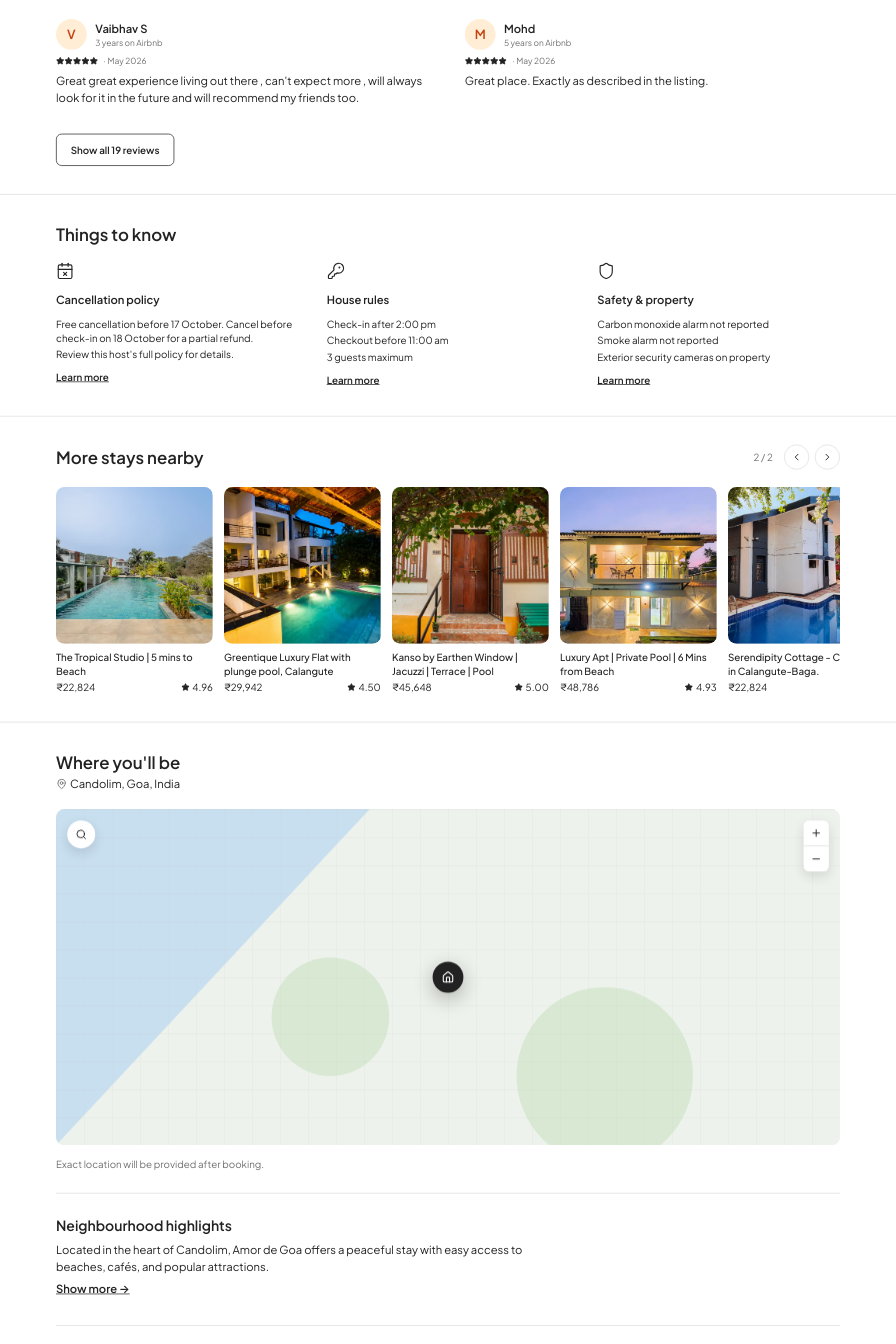
Repository: RushilGosain/airbnb-clone
Page: /
An editor plug-in stored every save of this project. The page is shown before and after a run of saves, followed by the edit.
The browser window is 1280 px wide. The pictures show the part of the page from y = 3760 to 5680 px (the page is 6299 px tall), at 70% of full size.
The project was rebuilt for these pictures with package versions that can differ from the ones it lists, and the page was loaded fresh each time. Also part of the build but not shown: vite.config.js, src/components/Lightbox.jsx, src/components/AmenitiesModal.jsx, src/components/PhotoTourPage.jsx.

Above is the page before, as saved 2026-09-19 13:30:23.

### index.html
<!doctype html>
<html lang="en">
  <head>
    <meta charset="UTF-8" />
    <link rel="icon" type="image/svg+xml" href="/house.svg" />
    <meta name="viewport" content="width=device-width, initial-scale=1.0" />
    <meta name="description" content="Romantic Jacuzzi 1BHK Candolim | Mirashya UG10 — Airbnb listing clone" />
    <link rel="preconnect" href="https://fonts.googleapis.com" />
    <link rel="preconnect" href="https://fonts.gstatic.com" crossorigin />
    <link
      href="https://fonts.googleapis.com/css2?family=Plus+Jakarta+Sans:wght@400;500;600;700;800&display=swap"
      rel="stylesheet"
    />
    <title>Romantic Jacuzzi 1BHK Candolim | Mirashya UG10 · Airbnb Clone</title>
  </head>
  <body>
    <div id="root"></div>
    <script type="module" src="/src/main.jsx"></script>
  </body>
</html>

### src/index.css
@tailwind base;
@tailwind components;
@tailwind utilities;

* {
  box-sizing: border-box;
}

html,
body {
  margin: 0;
  padding: 0;
}

body {
  font-family: "Plus Jakarta Sans", -apple-system, BlinkMacSystemFont, "Segoe UI", Roboto,
    "Helvetica Neue", sans-serif;
  color: #222222;
  -webkit-font-smoothing: antialiased;
  -moz-osx-font-smoothing: grayscale;
}

#root {
  min-height: 100vh;
}

/* Custom focus ring, kept visible for accessibility */
a:focus-visible,
button:focus-visible,
[tabindex]:focus-visible {
  outline: 2px solid #222222;
  outline-offset: 2px;
  border-radius: 6px;
}

::-webkit-scrollbar {
  width: 10px;
  height: 10px;
}
::-webkit-scrollbar-track {
  background: transparent;
}
::-webkit-scrollbar-thumb {
  background: rgba(0, 0, 0, 0.25);
  border-radius: 999px;
}

.no-scrollbar::-webkit-scrollbar {
  display: none;
}
.no-scrollbar {
  -ms-overflow-style: none;
  scrollbar-width: none;
}

@media (prefers-reduced-motion: reduce) {
  *,
  *::before,
  *::after {
    animation-duration: 0.01ms !important;
    animation-iteration-count: 1 !important;
    transition-duration: 0.01ms !important;
    scroll-behavior: auto !important;
  }
}

### src/App.jsx
import { useEffect } from "react";
import { BrowserRouter, Routes, Route, useLocation } from "react-router-dom";
import { LightboxProvider } from "./context/LightboxContext";
import Lightbox from "./components/Lightbox";
import ListingPage from "./pages/ListingPage";
import PhotoTourPage from "./components/PhotoTourPage";

function ScrollToTopOnNavigate() {
  // react-router keeps scroll position by default; reset it on route change
  // so the photo tour page and the listing page each open at the top.
  const { pathname } = useLocation();
  useEffect(() => {
    window.scrollTo(0, 0);
  }, [pathname]);
  return null;
}

export default function App() {
  return (
    <LightboxProvider>
      <BrowserRouter>
        <ScrollToTopOnNavigate />
        <Routes>
          <Route path="/" element={<ListingPage />} />
          <Route path="/photos" element={<PhotoTourPage />} />
        </Routes>
        <Lightbox />
      </BrowserRouter>
    </LightboxProvider>
  );
}

### src/context/LightboxContext.jsx
import { createContext, useCallback, useContext, useMemo, useState } from "react";

const LightboxContext = createContext(null);

export function LightboxProvider({ children }) {
  const [photos, setPhotos] = useState([]);
  const [index, setIndex] = useState(0);
  const [isOpen, setIsOpen] = useState(false);

  const open = useCallback((photoList, startIndex = 0) => {
    setPhotos(photoList);
    setIndex(startIndex);
    setIsOpen(true);
  }, []);

  const close = useCallback(() => setIsOpen(false), []);

  const next = useCallback(() => {
    setIndex((i) => (photos.length ? (i + 1) % photos.length : 0));
  }, [photos.length]);

  const prev = useCallback(() => {
    setIndex((i) => (photos.length ? (i - 1 + photos.length) % photos.length : 0));
  }, [photos.length]);

  const value = useMemo(
    () => ({ photos, index, isOpen, open, close, next, prev }),
    [photos, index, isOpen, open, close, next, prev]
  );

  return <LightboxContext.Provider value={value}>{children}</LightboxContext.Provider>;
}

export function useLightbox() {
  const ctx = useContext(LightboxContext);
  if (!ctx) throw new Error("useLightbox must be used within LightboxProvider");
  return ctx;
}

### src/pages/ListingPage.jsx
import TopNav from "../components/TopNav";
import StickyBar from "../components/StickyBar";
import Gallery from "../components/Gallery";
import PropertyHeader from "../components/PropertyHeader";
import AmenitiesSection from "../components/AmenitiesSection";
import BookingCard, { DateRangePicker } from "../components/BookingCard";
import ReviewsSection from "../components/ReviewsSection";
import ThingsToKnow from "../components/ThingsToKnow";
import NearbyStays from "../components/NearbyStays";
import LocationSection from "../components/LocationSection";

export default function ListingPage() {
  function scrollToBooking() {
    document.getElementById("booking-card")?.scrollIntoView({ behavior: "smooth", block: "center" });
  }

  return (
    <div className="min-h-screen bg-white">
      <TopNav />
      <StickyBar onReserve={scrollToBooking} />

      <Gallery />

      <div id="amenities" className="mx-auto max-w-content px-6 pt-8 lg:px-20">
        <div className="grid grid-cols-1 gap-10 lg:grid-cols-3">
          <div className="lg:col-span-2">
            <PropertyHeader />
            <AmenitiesSection />
          </div>
          <BookingCard id="booking-card" />
        </div>
      </div>

      <DateRangePicker />
      <ReviewsSection />
      <ThingsToKnow />
      <NearbyStays />
      <LocationSection />


    </div>
  );
}

### src/components/ThingsToKnow.jsx
import { Icon } from "./icons";
import { listing } from "../data/listing";

export default function ThingsToKnow() {
  return (
    <section className="mx-auto max-w-content border-t border-line px-6 py-10 lg:px-20">
      <h2 className="mb-6 text-2xl font-semibold">Things to know</h2>
      <div className="grid grid-cols-1 gap-10 sm:grid-cols-3">
        {listing.thingsToKnow.map((block) => (
          <div key={block.title}>
            <Icon name={block.icon} size={26} strokeWidth={1.5} className="mb-4" />
            <h3 className="mb-3 font-semibold">{block.title}</h3>
            <div className="space-y-1 text-sm text-ink">
              {block.lines.map((line, i) => (
                <p key={i}>{line}</p>
              ))}
            </div>
            <a href="#" className="mt-3 inline-block text-sm font-semibold underline">
              {block.linkLabel}
            </a>
          </div>
        ))}
      </div>
    </section>
  );
}

### src/data/listing.js
// All content below (copy, prices, review text, host details, amenities)
// is transcribed directly from screenshots of the reference site:
// https://airbnb-clone-umber-two.vercel.app/
//
// Photos are placeholder stock images (picsum.photos, seeded so they're
// stable across reloads) standing in for the real listing photography —
// swap the `img()` seeds below for real asset URLs before shipping.
import {
  Car,
  Waves,
  Dumbbell,
  PawPrint,
  SprayCan,
  CalendarDays,
  DoorOpen,
  Wifi,
  Tv,
  Bed,
  Shirt,
  Fan,
  Coffee,
  Utensils,
} from "lucide-react";
const img1 = (seed, w = 1200, h = 900) =>
  `https://picsum.photos/seed/${seed}/${w}/${h}`;

const img = (filename) => `/images/${filename}`;
export const photoCategories = [
  {
    id: "living-room-1",
    label: "Living room 1",
    tags: ["Sofa", "Air conditioning", "Ceiling fan", "TV"],
    cover: img("Living Room 1.png"),
    photos: [img("Living Room 1.png"), img("Living Room 1(2).png"), img("Living Room 1(3).png")],
  },
  {
    id: "living-room-2",
    label: "Living room 2",
    tags: ["Ceiling fan", "Hot tub"],
    cover: img("Living Room 2.png"),
    photos: [img("Living Room 2.png"), img("Living Room 2(2).png"), img("Living Room 2(3).png"), img("Living Room 2(4).png"),img("Living Room 2(5).png"),img("Living Room 2(6).png")],
  },
  {
    id: "full-kitchen",
    label: "Full kitchen",
    tags: [
      "Freezer",
      "Fridge",
      "Blender",
      "Cooker",
      "Cooking basics",
      "Kettle",
      "Microwave",
      "Toaster",
      "Wine glasses",
      "Coffee",
      "Crockery and cutlery",
    ],
    cover: img("Full Kitchen.png"),
    photos: [img("Full Kitchen.png"), img("Full Kitchen 2.png")],
  },
  {
    id: "bedroom",
    label: "Bedroom",
    tags: [
      "Double bed",
      "Air conditioning",
      "Bed linen",
      "Ceiling fan",
      "Clothes storage",
      "Cot",
      "Hangers",
      "Iron",
      "Room-darkening blinds",
      "Cleaning available during stay",
      "Cleaning products",
      "Long-term stays allowed",
      "Private entrance",
      "Wifi",
    ],
    cover: img("Bedroom.png"),
    photos: [img("Bedroom.png"),img("Bedroom (1).png"), img("Bedroom (2).png"), img("Bedroom (3).png"), img("Bedroom (4).png"),img("Bedroom (5).png")],
  },
  {
    id: "full-bathroom",
    label: "Full bathroom",
    tags: ["Hairdryer", "Hot water", "Shampoo", "Shower gel"],
    cover: img("Full bathroom.png"),
    photos: [img("Full bathroom.png")],
  },
  {
    id: "gym",
    label: "Gym",
    tags: ["Air conditioning", "Gym", "Exercise equipment", "Ceiling fan"],
    cover: img("Gym.png"),
    photos: [img("Gym.png"), img("Gym (1).png"), img("Gym (2).png"), img("Gym (3).png"), img("Gym (4).png")],
  },
  {
    id: "exterior",
    label: "Exterior",
    tags: [],
    cover: img("Exterior.png"),
    photos: [img("Exterior.png"), img("Exterior(1).png"), img("Exterior(2).png"), img("Exterior(3).png"), img("Exterior(4).png")],
  },
  {
    id: "pool",
    label: "Pool",
    tags: ["Pool"],
    cover: img("Pool(1).png"),
    photos: [img("Pool.png"), img("Pool(1).png")],

  },
  {
    id: "additional-photos",
    label: "Additional photos",
    tags: [],
    cover: img("Additional photos.png"),
    photos: [img("Additional photos.png"), img("Additional photos(1).png"), img("Additional photos(2).png"),img("Additional photos(3).png")],
  },
];

// Flat ordered list of every photo, used by the lightbox for prev/next
export const allPhotos = photoCategories.flatMap((c) =>
  c.photos.map((src) => ({ src, category: c.label }))
);

export const heroImages = [
  photoCategories[0].photos[1], // Living room 1
  photoCategories[1].photos[0], // Living room 2
  photoCategories[2].photos[0], // Kitchen
  photoCategories[3].photos[0], // Bedroom
  photoCategories[7].photos[0], // Pool
];

export const listing = {
  title: "Romantic Jacuzzi 1BHK Candolim | Mirashya UG10",
  propertyType: "Entire serviced apartment in Candolim, India",
  guests: 5,
  bedrooms: 1,
  beds: 1,
  bathrooms: 1,
  rating: 4.95,
  reviewCount: 19,
  isGuestFavourite: true,
  location: {
    city: "Candolim, Goa, India",
    neighbourhood:
      "Located in the heart of Candolim, Amor de Goa offers a peaceful stay with easy access to beaches, cafés, and popular attractions.",
  },
  price: {
    amount: 28499,
    nights: 5,
    currency: "₹",
  },
  dates: {
    checkIn: "10/20/2026",
    checkOut: "10/25/2026",
    checkInLabel: "20 Oct 2026",
    checkOutLabel: "25 Oct 2026",
    freeCancellationBefore: "19 October",
  },
  guestsSelected: 5,
  highlights: [
    {
      icon: "waves",
      title: "Outdoor entertainment",
      description: "The pool and alfresco dining are great for summer trips.",
    },
    {
      icon: "fan",
      title: "Designed for staying cool",
      description: "Beat the heat with the A/C and ceiling fan.",
    },
    {
      icon: "door-open",
      title: "Self check-in",
      description: "You can check in with the building staff.",
    },
  ],
  description:
    "🌴 Plan Your Relaxing Holiday at Amor De Goa by Mirashya Homes! ✨ Stay in this cozy 1BHK in the heart of Candolim, featuring a private jacuzzi 🛁 for the perfect unwind. Enjoy high-speed WiFi 💻, Smart TV 📺, pet-friendly comfort 🐾, and stylish interiors. Just minutes from Candolim Beach 🏖️, popular cafés, restaurants, and nightlife 🍹, it’s ideal for couples seeking romance, relaxation, and a touch of luxury in North Goa. ❤️🌴",
  rooms: [
    { label: "Bedroom", detail: "1 double bed", image: img("Bedroom.png") },
    { label: "Living room", detail: "1 sofa", image: img("Living Room 2.png") },
  ],
  amenitiesPreview: [
    { icon: "utensils", label: "Kitchen", available: true },
    { icon: "wifi", label: "Wifi", available: true },
    { icon: "briefcase", label: "Dedicated workspace", available: true },
    { icon: "car", label: "Free parking on premises", available: true },
    { icon: "waves", label: "Pool", available: true },
    { icon: "flame", label: "Hot tub", available: true },
    { icon: "paw-print", label: "Pets allowed", available: true },
    { icon: "camera", label: "Exterior security cameras on property", available: true },
    { icon: "alarm-smoke", label: "Carbon monoxide alarm", available: false },
    { icon: "alarm-smoke", label: "Smoke alarm", available: false },
  ],
 amenitiesTotal: 50,

amenityGroups: [
  {
    title: "Bathroom",
    items: [
      { icon: "hairdryer", label: "Hairdryer" },
      { icon: "spray-can", label: "Cleaning products" },
      { icon: "droplets", label: "Shampoo" },
      { icon: "waves", label: "Hot water" },
      { icon: "shower-head", label: "Shower gel" },
    ],
  },

  {
    title: "Bedroom and laundry",
    items: [
      { icon: "washing-machine", label: "Washing machine" },
      { icon: "shirt", label: "Hangers" },
      { icon: "bed", label: "Bed linen" },
      { icon: "blinds", label: "Room-darkening blinds" },
      { icon: "shirt", label: "Iron" },
      { icon: "archive", label: "Clothes storage" },
      { icon: "baby", label: "Cot" },
    ],
  },

  {
    title: "Entertainment",
    items: [
      { icon: "tv", label: "TV" },
    ],
  },

  {
    title: "Family",
    items: [
      { icon: "baby", label: "Cot" },
    ],
  },

  {
    title: "Heating and cooling",
    items: [
      { icon: "air-vent", label: "Air conditioning" },
      { icon: "fan", label: "Ceiling fan" },
    ],
  },

  {
    title: "Home safety",
    items: [
      {
        icon: "cctv",
        label: "Exterior security cameras on property",
      },
      {
        icon: "alarm-smoke",
        label: "Carbon monoxide alarm",
      },
      {
        icon: "alarm-smoke",
        label: "Smoke alarm",
      },
    ],
  },

  {
    title: "Internet and office",
    items: [
      { icon: "wifi", label: "Wifi" },
      { icon: "laptop", label: "Dedicated workspace" },
    ],
  },

  {
    title: "Kitchen and dining",
    items: [
      { icon: "cooking-pot", label: "Kitchen" },
      { icon: "refrigerator", label: "Fridge" },
      { icon: "refrigerator", label: "Freezer" },
      { icon: "microwave", label: "Microwave" },
      { icon: "cooking-pot", label: "Cooking basics" },
      { icon: "utensils", label: "Crockery and cutlery" },
      { icon: "coffee", label: "Kettle" },
      { icon: "coffee", label: "Coffee" },
      { icon: "wine", label: "Wine glasses" },
      { icon: "utensils", label: "Toaster" },
      { icon: "blender", label: "Blender" },
      { icon: "cooking-pot", label: "Cooker" },
    ],
  },

  {
    title: "Location features",
    items: [
      { icon: "door-open", label: "Private entrance" },
    ],
  },

  {
    title: "Outdoor",
    items: [
      { icon: "sun", label: "Patio or balcony" },
      { icon: "utensils", label: "Outdoor dining area" },
    ],
  },

  {
    title: "Parking and facilities",
    items: [
      { icon: "car", label: "Free parking on premises" },
      { icon: "waves", label: "Pool" },
      { icon: "waves", label: "Hot tub" },
      { icon: "dumbbell", label: "Gym" },
    ],
  },

  {
    title: "Services",
    items: [
      { icon: "paw-print", label: "Pets allowed" },
      {
        icon: "spray-can",
        label: "Cleaning available during stay",
      },
      {
        icon: "calendar-days",
        label: "Long-term stays allowed",
      },
      { icon: "door-open", label: "Self check-in" },
    ],
  },
],
  thingsToKnow: [
    {
      icon: "calendar-x",
      title: "Cancellation policy",
      lines: [
        "Free cancellation before 17 October. Cancel before check-in on 18 October for a partial refund.",
        "Review this host's full policy for details.",
      ],
      linkLabel: "Learn more",
    },
    {
      icon: "key-round",
      title: "House rules",
      lines: ["Check-in after 2:00 pm", "Checkout before 11:00 am", "3 guests maximum"],
      linkLabel: "Learn more",
    },
    {
      icon: "shield",
      title: "Safety & property",
      lines: [
        "Carbon monoxide alarm not reported",
        "Smoke alarm not reported",
        "Exterior security cameras on property",
      ],
      linkLabel: "Learn more",
    },
  ],
  reviewBreakdown: {
    overall: 4.95,
    distribution: [
      { stars: 5, pct: 95 },
      { stars: 4, pct: 5 },
      { stars: 3, pct: 0 },
      { stars: 2, pct: 0 },
      { stars: 1, pct: 0 },
    ],
    categories: [
      { icon: "spray-can", label: "Cleanliness", score: 5.0 },
      { icon: "badge-check", label: "Accuracy", score: 5.0 },
      { icon: "key-round", label: "Check-in", score: 5.0 },
      { icon: "message-circle", label: "Communication", score: 5.0 },
      { icon: "map", label: "Location", score: 4.8 },
      { icon: "tag", label: "Value", score: 4.8 },
    ],
  },
  reviewTags: [
    { icon: "🛋️", label: "Comfort", count: 6 },
    { icon: "✅", label: "Accuracy", count: 5 },
    { icon: "🛁", label: "Hot tub", count: 5 },
    { icon: "📦", label: "Condition", count: 4 },
    { icon: "🎁", label: "Hospitality", count: 8 },
    { icon: "🧼", label: "Cleanliness", count: 4 },
    { icon: "🎀", label: "Amenities", count: 2 },
  ],
  reviews: [
    {
      name: "Amit",
      tenure: "2 months on Airbnb",
      rating: 5,
      when: "1 week ago",
      text: "Very helpful and responsive team. Safe and peaceful stay. loved everything about the property.",
    },
    {
      name: "Aheesh",
      tenure: "3 years on Airbnb",
      rating: 5,
      when: "2 weeks ago",
      text: "We had a wonderful stay. The apartment was clean, comfortable, and exactly as shown in the photos. The host was very responsive and helpful throughout our stay. We would definitely recommend this place and would love to stay here again.",
    },
    {
      name: "Samiksha",
      tenure: "8 months on Airbnb",
      rating: 5,
      when: "May 2026",
      text: "the host nitish was really great help",
    },
    {
      name: "Vedant",
      tenure: "4 years on Airbnb",
      rating: 5,
      when: "May 2026",
      text: "We had an amazing stay at this property in Goa! The entire home was spotless and exceptionally well-maintained, making us feel comfortable from the moment we arrived. The cleanliness standards were truly impressive, with every corner of the house looking fresh and pristine….",
    },
    {
      name: "Vaibhav S",
      tenure: "3 years on Airbnb",
      rating: 5,
      when: "May 2026",
      text: "Great great experience living out there , can't expect more , will always look for it in the future and will recommend my friends too.",
    },
    {
      name: "Mohd",
      tenure: "5 years on Airbnb",
      rating: 5,
      when: "May 2026",
      text: "Great place. Exactly as described in the listing.",
    },
  ],
  host: {
    name: "Mirashya Homes",
    logo: img1("mirashya-host-logo", 200, 200),
    reviews: 1463,
    rating: 4.68,
    yearsHosting: 2,
    bornDecade: "Born in the 80s",
    school: "Where I went to school: NICMAR GOA",
    responseRate: "100%",
    responseTime: "Responds within an hour",
  },
  coHosts: [
    { name: "Sharath", avatar: img1("cohost-sharath", 80, 80) },
    { name: "Aman Dev Pahwa", avatar: img1("cohost-aman", 80, 80) },
    { name: "Maria Karen Priyanka", avatar: img1("cohost-maria", 80, 80) },
    { name: "Simran", avatar: img1("cohost-simran", 80, 80) },
    { name: "Pallavi", avatar: img1("cohost-pallavi", 80, 80) },
    { name: "Sanyukta", avatar: img1("cohost-sanyukta", 80, 80) },
    { name: "Shruti", initials: "S" },
    { name: "Amisha", initials: "A" },
  ],
  nearbyStays: [
    { title: "The Tropical Studio | 5 mins to Beach", price: 22824, rating: 4.96, image: img("More1.png") },
    { title: "Greentique Luxury Flat with plunge pool, Calangute", price: 29942, rating: 4.5, image: img("More2.png") },
    { title: "Kanso by Earthen Window | Jacuzzi | Terrace | Pool", price: 45648, rating: 5.0, image: img("More3.png") },
    { title: "Luxury Apt | Private Pool | 6 Mins from Beach", price: 48786, rating: 4.93, image: img("More4.png") },
    { title: "Serendipity Cottage - Calm Stay in Calangute-Baga.", price: 22824, rating: 4.92, image: img("More5.png") },
    { title: "Serendipity Cottage - Calm Stay in Calangute-Baga.", price: 22824, rating: 4.92, image: img("More6.png") },
    { title: "Kanso by Earthen Window | Jacuzzi | Terrace | Pool", price: 45648, rating: 5.00, image: img("More7.png") },
    { title: "Luxury Apt | Private Pool | 6 Mins from Beach", price: 48786, rating: 4.93, image: img("More8.png") },
  ],
};

### src/components/icons.jsx
import {
  Utensils,
  Wifi,
  Briefcase,
  Car,
  Waves,
  Flame,
  PawPrint,
  Camera,
  BellOff,
  Dumbbell,
  SprayCan,
  CalendarDays,
  DoorOpen,
  CalendarX,
  KeyRound,
  Shield,
  BadgeCheck,
  MessageCircle,
  Map,
  Tag,
} from "lucide-react";

export const ICONS = {
  utensils: Utensils,
  wifi: Wifi,
  briefcase: Briefcase,
  car: Car,
  waves: Waves,
  flame: Flame,
  "paw-print": PawPrint,
  camera: Camera,
  "alarm-smoke": BellOff,
  dumbbell: Dumbbell,
  "spray-can": SprayCan,
  "calendar-days": CalendarDays,
  "door-open": DoorOpen,
  "calendar-x": CalendarX,
  "key-round": KeyRound,
  shield: Shield,
  "badge-check": BadgeCheck,
  "message-circle": MessageCircle,
  map: Map,
  tag: Tag,
};

export function Icon({ name, ...props }) {
  const Cmp = ICONS[name] || Tag;
  return <Cmp {...props} />;
}

Loaded but not shown: src/main.jsx (common file); tailwind.config.js (57 lines, source omitted); src/components/LocationSection.jsx (147 lines, source omitted); src/components/BookingCard.jsx (142 lines, source omitted); src/components/ReviewsSection.jsx (124 lines, source omitted); src/components/PropertyHeader.jsx (84 lines, source omitted); src/components/StickyBar.jsx (85 lines, source omitted); src/components/AmenitiesSection.jsx (83 lines, source omitted); src/components/Gallery.jsx (64 lines, source omitted); src/components/TopNav.jsx (46 lines, source omitted); src/components/NearbyStays.jsx (65 lines, source omitted)

After the next 2 saves:
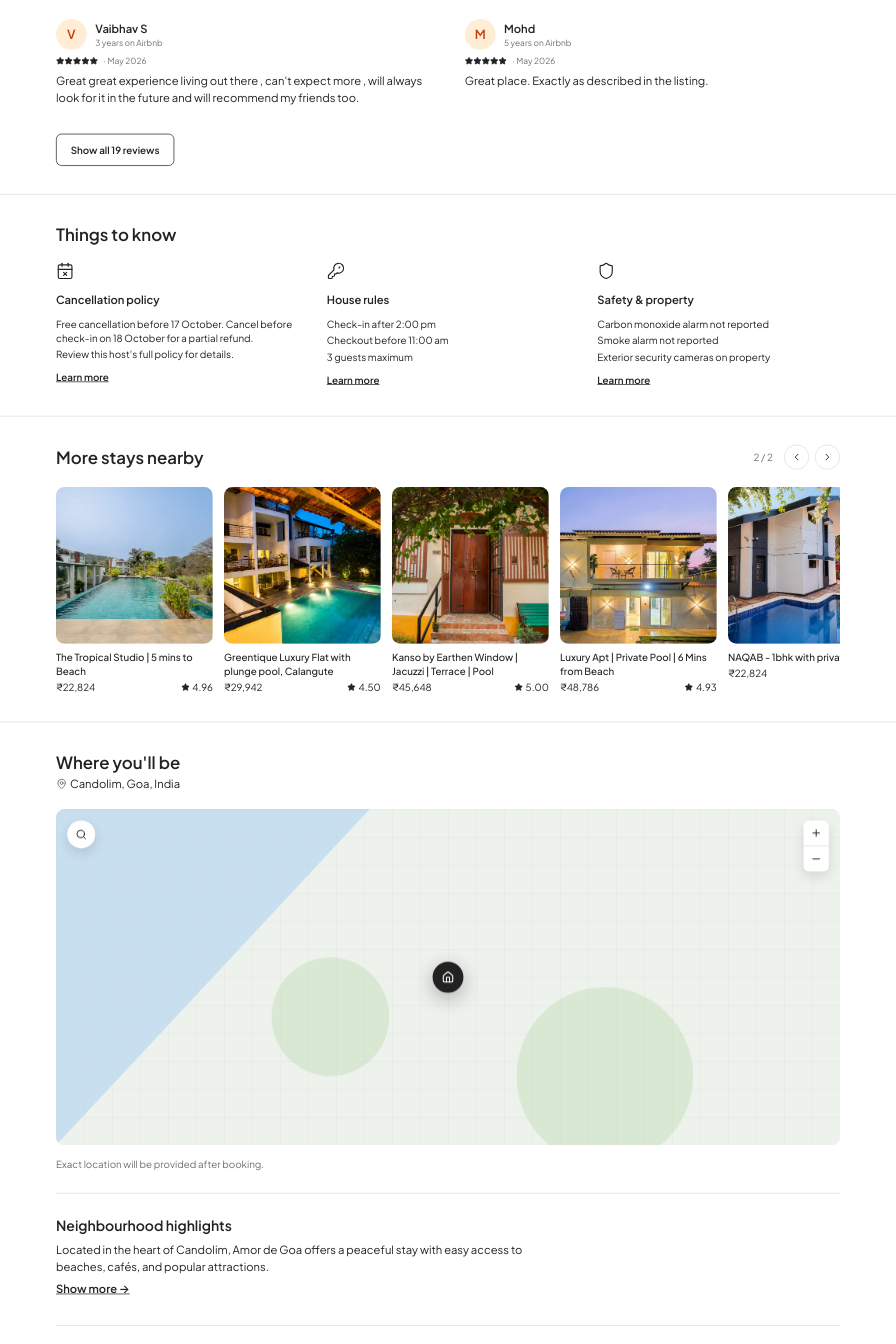
The 2 saves are shown as one change because they came seconds apart.
The last was saved 12 s later.
--- a/src/data/listing.js
+++ b/src/data/listing.js
@@ -453,7 +453,7 @@
     { title: "Greentique Luxury Flat with plunge pool, Calangute", price: 29942, rating: 4.5, image: img("More2.png") },
     { title: "Kanso by Earthen Window | Jacuzzi | Terrace | Pool", price: 45648, rating: 5.0, image: img("More3.png") },
     { title: "Luxury Apt | Private Pool | 6 Mins from Beach", price: 48786, rating: 4.93, image: img("More4.png") },
-    { title: "Serendipity Cottage - Calm Stay in Calangute-Baga.", price: 22824, rating: 4.92, image: img("More5.png") },
+    { title: "NAQAB - 1bhk with private pool", price: 22824, rating: 4.92, image: img("More5.png") },
     { title: "Serendipity Cottage - Calm Stay in Calangute-Baga.", price: 22824, rating: 4.92, image: img("More6.png") },
     { title: "Kanso by Earthen Window | Jacuzzi | Terrace | Pool", price: 45648, rating: 5.00, image: img("More7.png") },
     { title: "Luxury Apt | Private Pool | 6 Mins from Beach", price: 48786, rating: 4.93, image: img("More8.png") },
